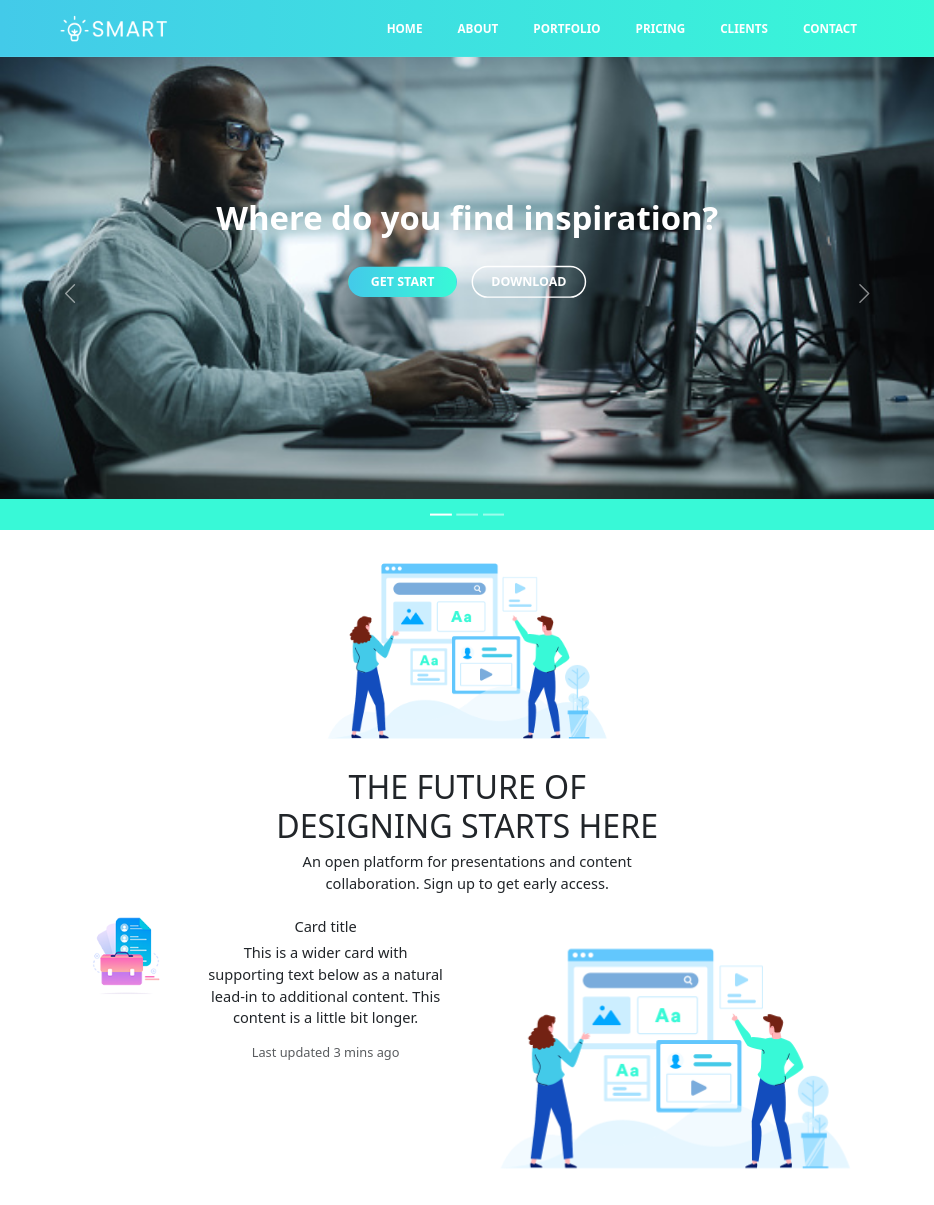
Repository: rizwan-zafar/smart-React
Page: /
An editor plug-in stored every save of this project. The page is shown before and after the next save, followed by the edit.
The browser window is 1280 px wide. The pictures show the whole page, at 73% of full size.
The project was rebuilt for these pictures with package versions that can differ from the ones it lists, and the page was loaded fresh each time.

Above is the page before, as saved 2022-11-17 11:04:09.

After the next save:
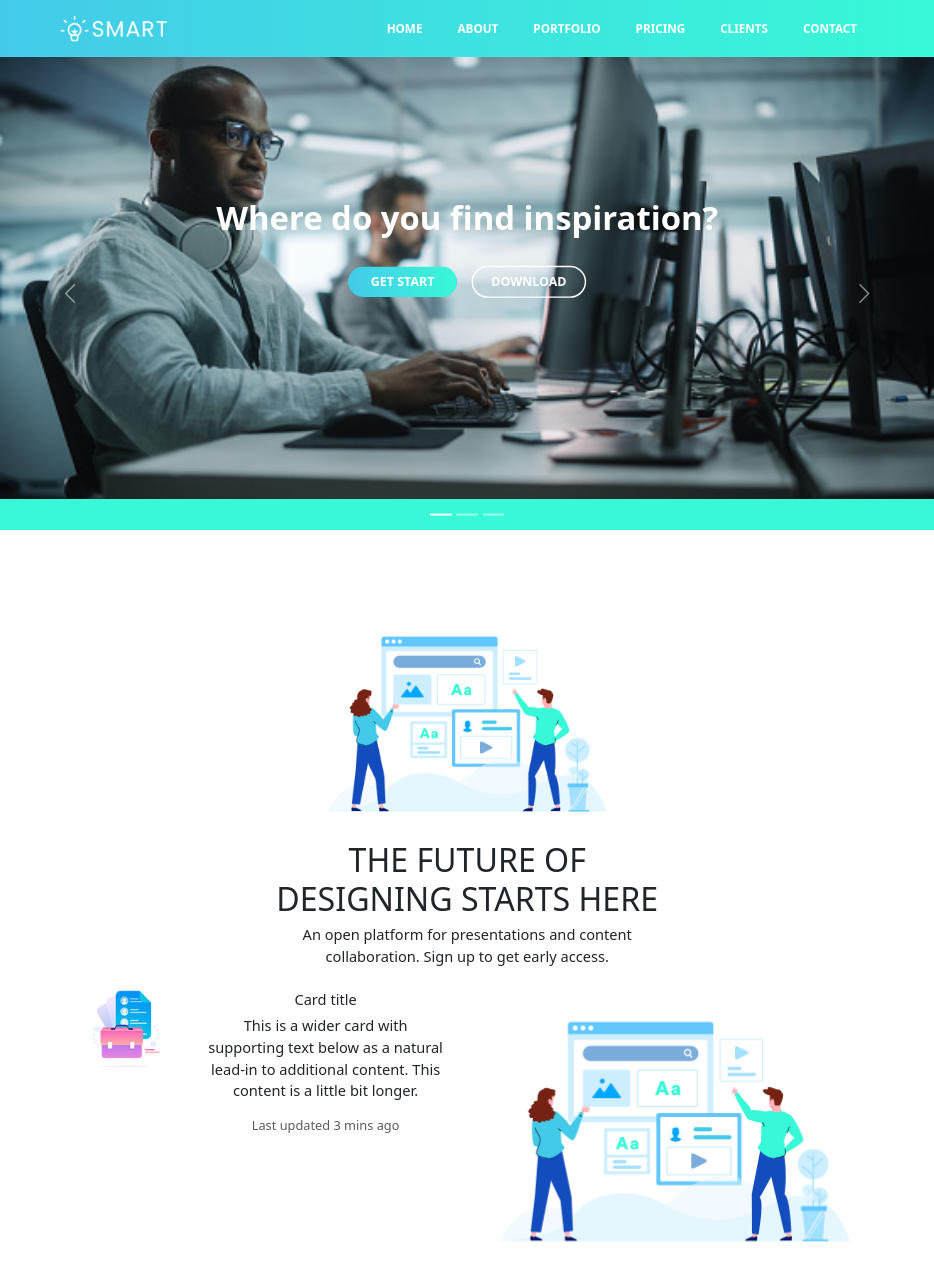
Saved 4 s later.
--- a/src/Css/Services.css
+++ b/src/Css/Services.css
@@ -1,5 +1,5 @@
 .services{
-    padding-t;
+    padding-top:100px;
 }
 .services h4{
     font-size: 44px;
